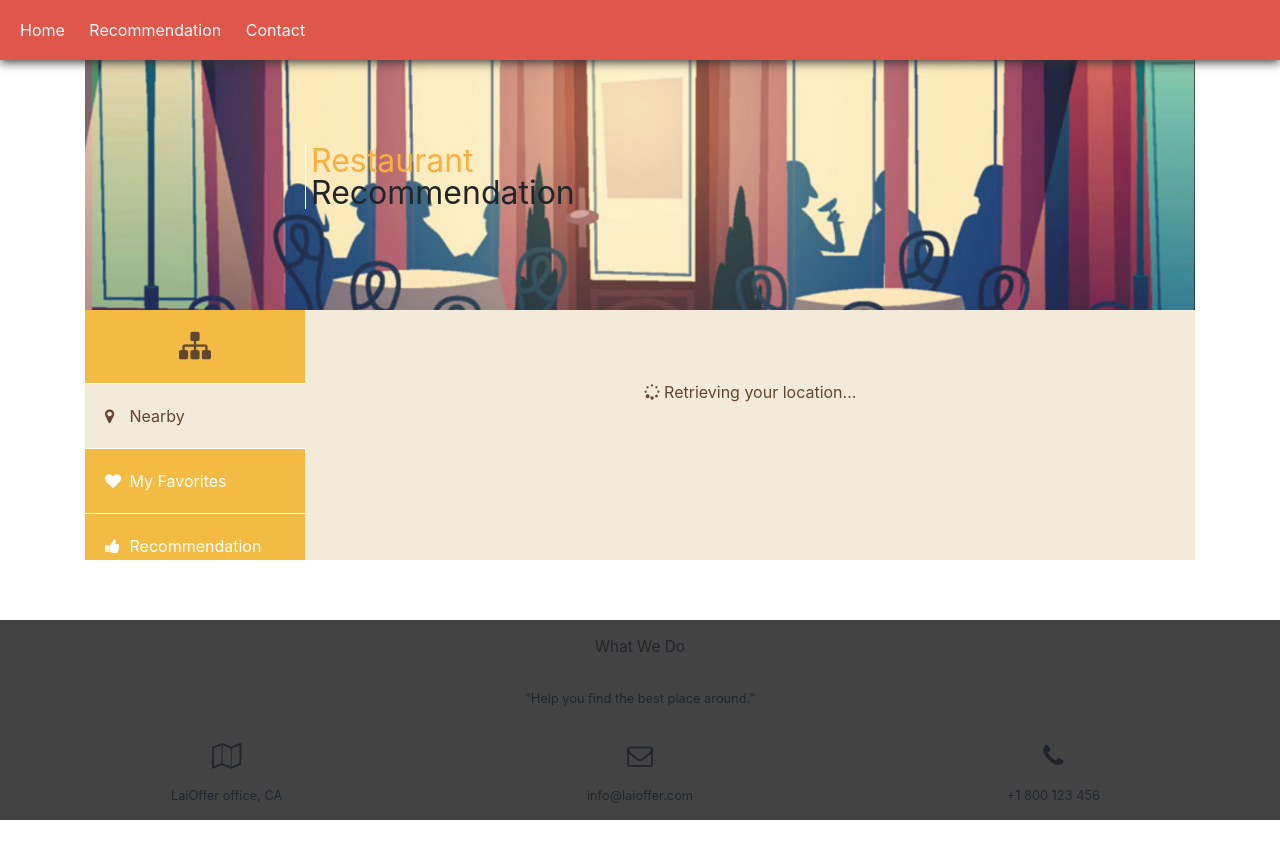
Repository: bchenSyr/restaurant-recommend
Page: http://localhost/YelpRecommend/
The author's editor kept a copy of each file at every save. The page is drawn from the files as they stood at one save, then again after the next save.
The browser window is 1280 px wide. The pictures show the whole page.
Some web libraries are served in a nearby version. The page is served by Tomcat 9.

Above is the page before, as saved 2018-09-17 05:51:54.

After the next save:
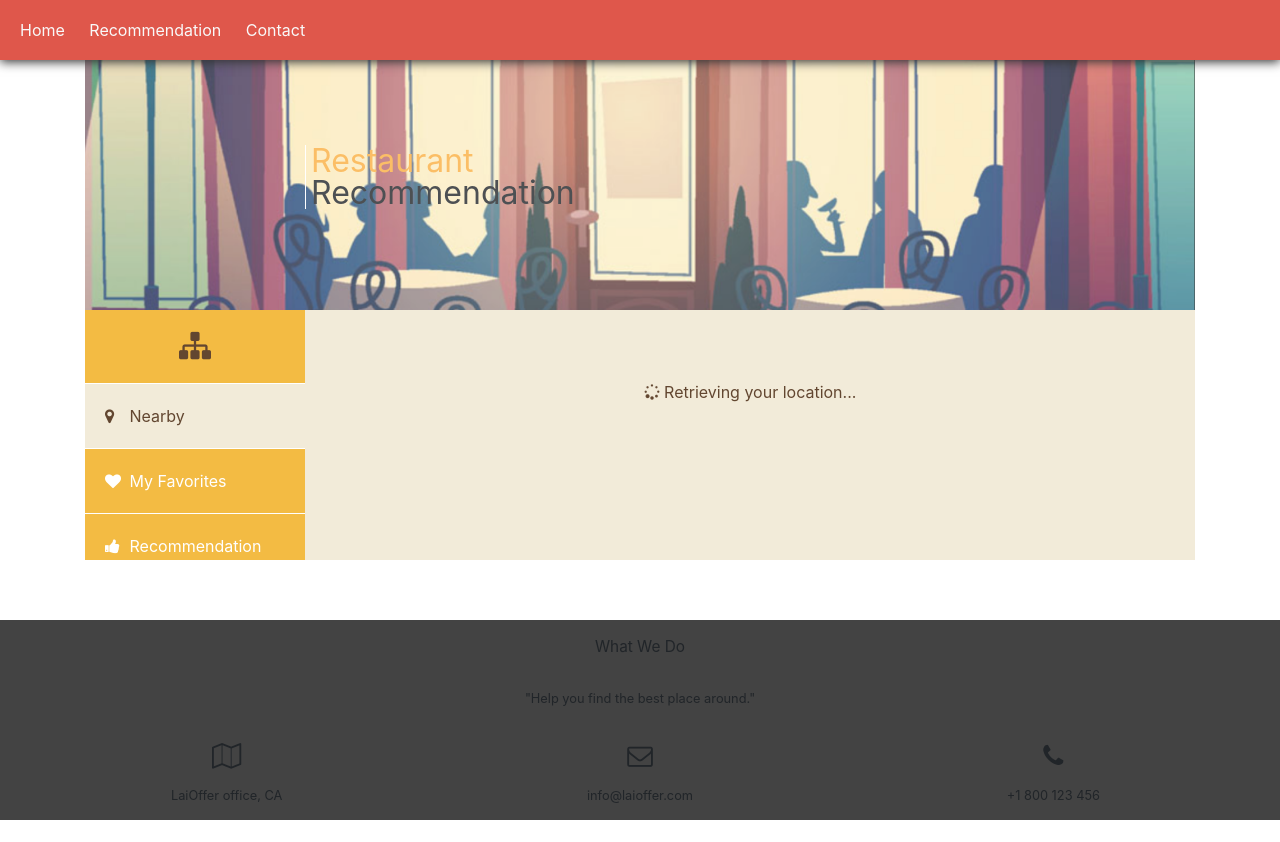
Saved 16 s later.
--- a/YelpRecommend/WebContent/styles/main.css
+++ b/YelpRecommend/WebContent/styles/main.css
@@ -74,6 +74,7 @@ ul {
  * main header
  */
 .container>header {
+	opacity:0.8;
 	align-items: center;
 	background:
 		/* url('http://prophoto.com.cy/wp-content/galleries/food/food-restaurant-photographer-cyprus-10.jpg') */
